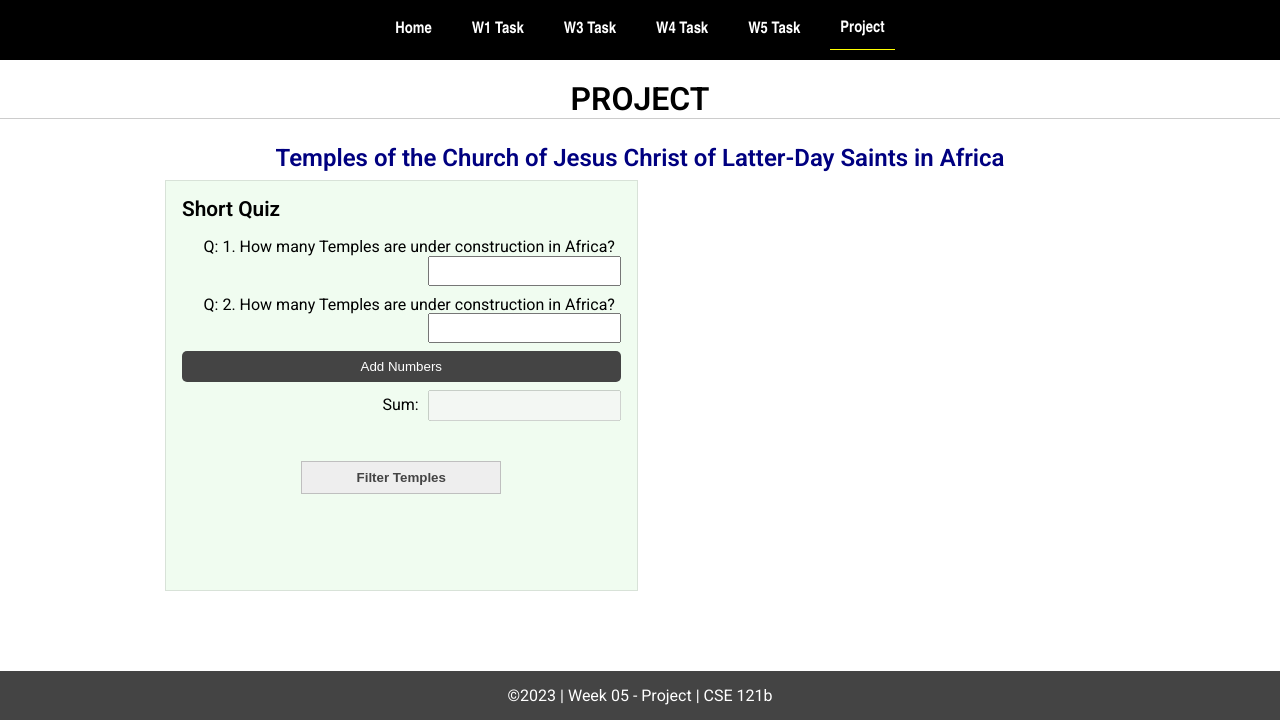
Repository: mszakutumela/cse121b
Page: Project/project.html
The author's editor kept a copy of each file at every save. The page is drawn from the files as they stood at one save, then again after a run of saves.
The browser window is 1280 px wide. The pictures show the whole page.

Above is the page before, as saved 2023-10-24 14:54:50.

After the next 2 saves:
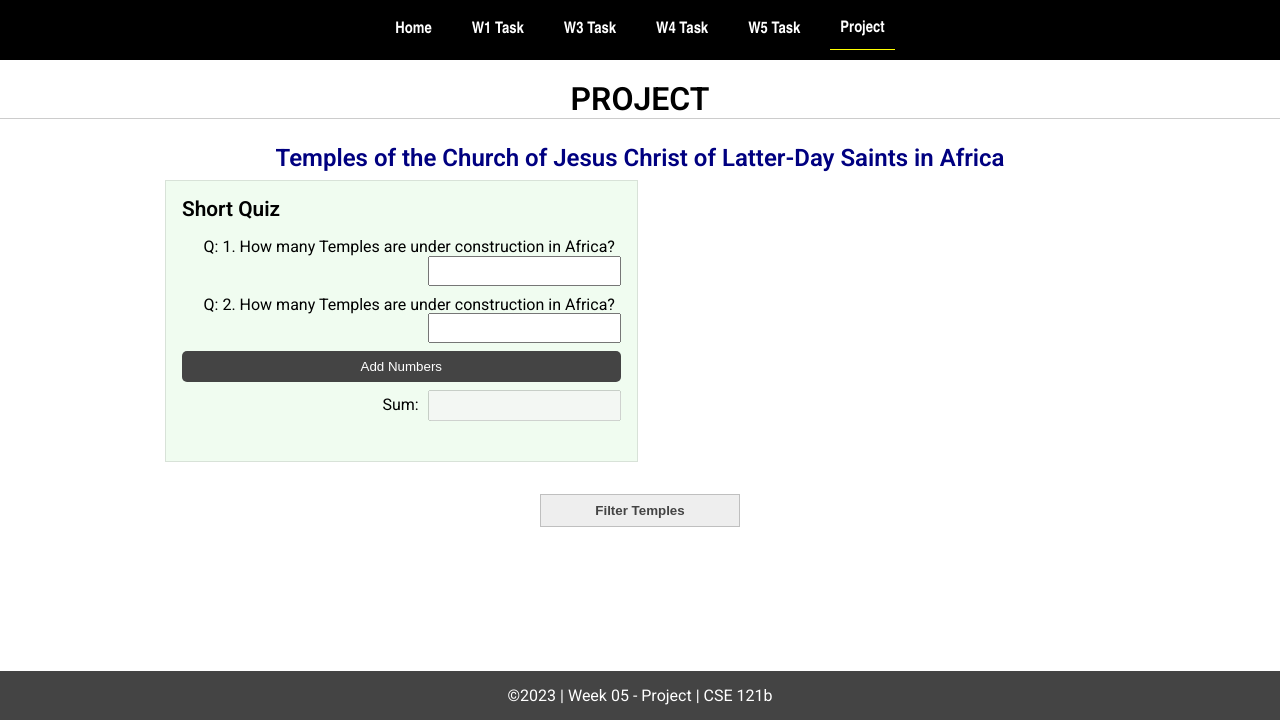
The 2 saves are shown as one change because they came seconds apart.
The last was saved 68 s later.
--- a/Project/project.html
+++ b/Project/project.html
@@ -48,7 +48,7 @@
                   <input type="text" id="sum" name="sum" disabled>
               </div>
           </article>
-          <article>
+        </main>
 
     <select id="sortBy" title="Choose a data filter.">
       <option value="" disabled selected>Filter Temples</option>
